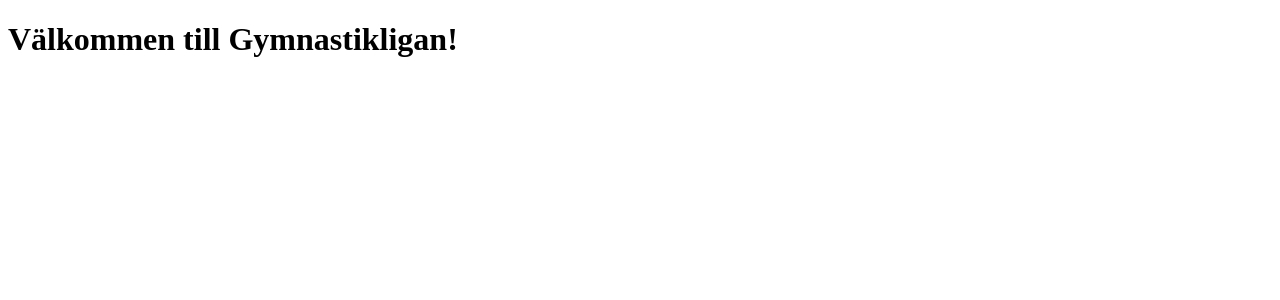
Repository: CarroForslund/laboration4-1dv404
Page: index.html
The author's editor kept a record of every edit. The page is drawn from the files as they stood at one moment, then again after the next edit.
The browser window is 1280 px wide. The pictures show the whole page.

Above is the page before.

After the next edit:
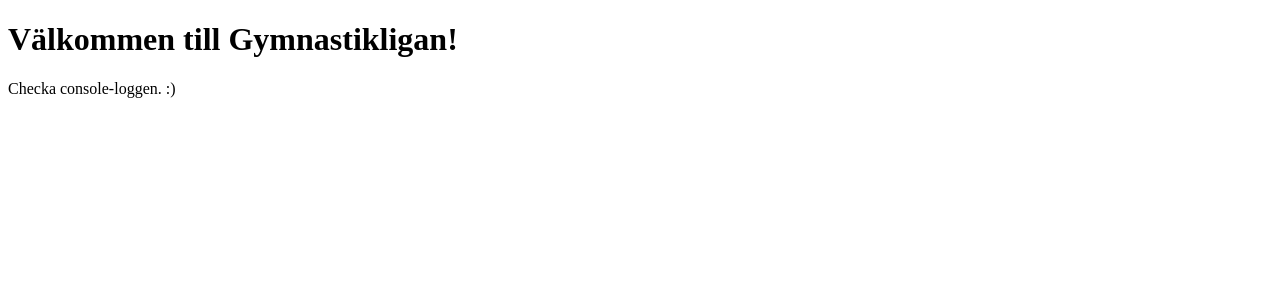
The edit:
--- a/index.html
+++ b/index.html
@@ -7,6 +7,8 @@
 </head>
     <body>
         <h1>Välkommen till Gymnastikligan!</h1>
+
+        <p>Checka console-loggen. :)</p>
 
         <!--<form id="account">
             <fieldset>
